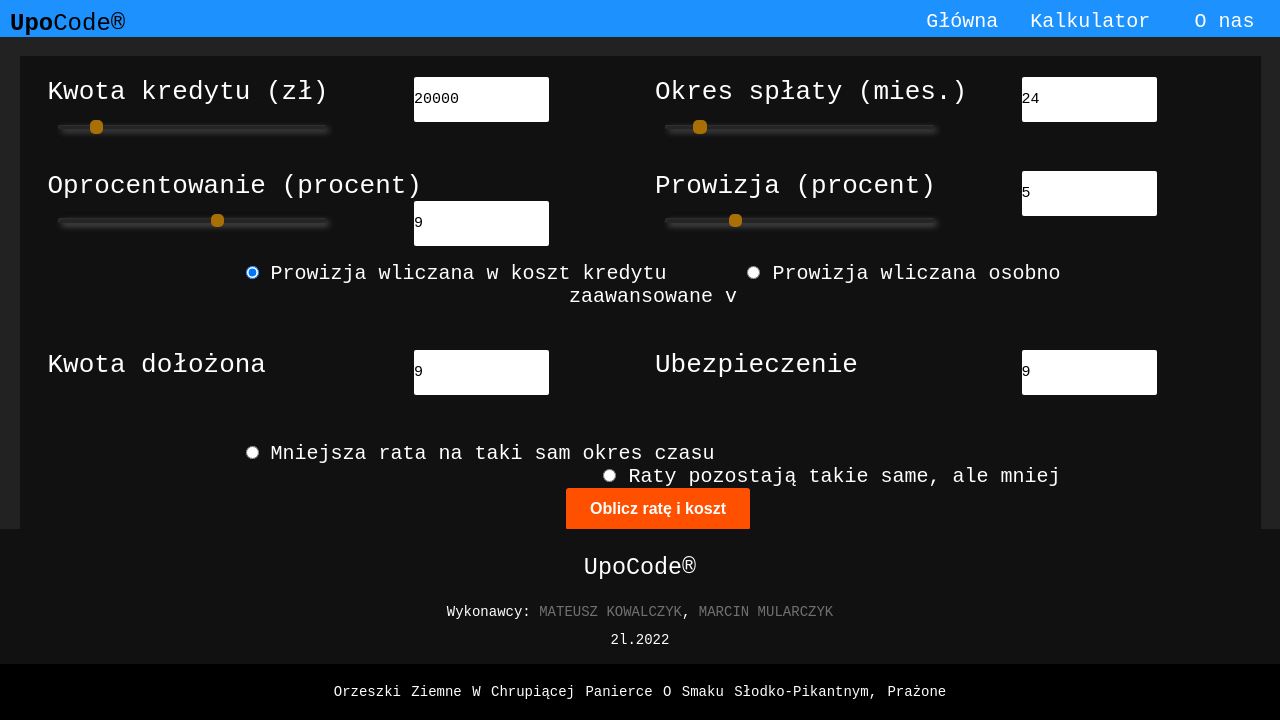
Repository: Klemingway/egzamin
Page: kalkulator.html
The author's editor kept a copy of each file at every save. The page is drawn from the files as they stood at one save, then again after the next save.
The browser window is 1280 px wide. The pictures show the whole page.

Above is the page before, as saved 2023-01-25 12:20:12.

### kalkulator.html
<!DOCTYPE html>
<html lang="pl">

<head>
    <meta charset="UTF-8">
    <meta http-equiv="X-UA-Compatible" content="IE=edge">
    <meta name="viewport" content="width=device-width, initial-scale=1.0">
    <link rel="stylesheet" href="style/styl.css">
    <link rel="shortcut icon" href="img/ikonna.png" type="image/x-icon">
    <script src="js/script.js"></script>
    <title>Bankowy</title>
</head>
<header>

    <div id="hod">
        <a style="text-decoration: none;color: white;" href="index.html">Główna</a>
        <a style="text-decoration: none;color: white;" href="kalkulator.html">Kalkulator</a> &puncsp;
        <div id="hod1"><a style="text-decoration: none; color: white;" href="bl.html">O nas</a></div>
    </div>
    <div id="hzd">
        <b>Upo</b>Code®
    </div>
</header>

<div id="gl">

    <div id="d1" class="d">
        Kwota kredytu (zł)
        <input type="text" name="kwota" pattern="[0-9]" id="kwota" class="wej" value="20000" onchange="document.getElementById('r1').value = this.value/1000"><br>
        <input type="range" min="1" max="150" value="20" id="r1" class="slider" oninput="document.getElementById('kwota').value = this.value*1000; ">
    </div>

    <div id="d2" class="d">
        Okres spłaty (mies.)
        <input type="text" name="splata" pattern="[0-9]" id="splata" class="wej" value="24" onchange="document.getElementById('r2').value = this.value"><br>
        <input type="range" min="12" max="120" value="24" id="r2" class="slider" oninput="document.getElementById('splata').value = this.value;">
    </div>


    <div id="d3" class="d">
        Oprocentowanie (procent)
        <input type="text" name="splata" pattern="[0-9]" id="oproc" class="wej" value="9" onchange="document.getElementById('r3').value = this.value*100"><br>
        <input type="range" min="1" max="1500" value="900" id="r3" class="slider" oninput="document.getElementById('oproc').value = this.value/100;">
    </div>

    <div id="d4" class="d">
        Prowizja (procent)
        <input type="text" name="prowiz" pattern="[0-9]" id="prowiz" class="wej" value="5" onchange="document.getElementById('r4').value = this.value"><br>
        <input type="range" min="0" max="20" value="5" id="r4" class="slider" oninput="document.getElementById('prowiz').value = this.value;">
    </div>

    <div id="d5" class="dradio">
        <label class="l1">
        <input type="radio" checked name="choice" value="wariant1" class="radio"> Prowizja wliczana w koszt kredytu
        </label>
        <label class="l2">
            <input type="radio" name="choice" value="wariant2" class="radio">
            Prowizja wliczana osobno
        </label>
    </div>
    <br>
    <div id="d6">
        <a onclick="zaawansowane()" style="margin-bottom: 100px;">zaawansowane v</a>
    </div>
    <div id="d8" class="d">
        Kwota dołożona
        <input type="text" name="kwotadodana" pattern="[0-9]" id="kwotadodana" class="wej" value="9">
    </div>
    <div id="d9" class="d">
        Ubezpieczenie
        <input type="text" name="ubezpieczenie" pattern="[0-9]" id="ubezpieczenie" class="wej" value="9">
    </div>
    <div id="d10" class="dradio">
        <label class="l1">
            <input type="radio" name="choice2" class="radio" value="rat_tyle_samo">
            Mniejsza rata na taki sam okres czasu
        </label>
        <label class="l2">
            <input type="radio" name="choice2" class="radio" value="rat_mniej">
            Raty pozostają takie same, ale mniej
        </label>
    </div>
    <div id="d7">
        <input type="button" id="guzik" value="Oblicz ratę i koszt" onclick="test()">
    </div>

</div>
<!-- <div id="wyniki">

</div> -->



<footer>
    <div id="zawfoot">
        <h3>UpoCode®</h3>
        <p>Wykonawcy: <span>Mateusz Kowalczyk</span>, <span>Marcin Mularczyk</span><br>2l.2022</p>

    </div>
    <div class="dol">
        <p>Orzeszki ziemne w chrupiącej panierce o smaku słodko-pikantnym, prażone

        </p>
    </div>
</footer>

</body>

</html>

### style/styl.css
html,
body {
    padding: 0;
    margin: 0;
    font-family: monospace;
    background-color: #222222;
    overflow-x: hidden;
    min-height: 100%;
}

body::-webkit-scrollbar {
    width: 0.6em;
}

body::-webkit-scrollbar-track {
    -webkit-box-shadow: inset 0 0 6px rgba(0, 0, 0, 0.3);
}

body::-webkit-scrollbar-thumb {
    background-color: rgb(255, 136, 0);
}

body::-webkit-scrollbar-thumb:hover {
    background: rgba(255, 136, 0, 0.582);
}


/* header */

header {
    z-index: 5;
    text-decoration: none;
    padding-top: 0.5em;
    position: sticky;
    top: 0;
    height: 5vh;
    background-color: #1d92ff;
    width: 100vw;
    font-size: 20px;
}

#hzd {
    font-size: 1.2em;
    padding-left: 10px;
    background-color: #1d92ff;
}

#hod {
    float: right;
    word-spacing: 20px;
    margin-right: 2vw;
}

#hod1 {
    float: right;
    word-spacing: 0px;
}

#fw {
    position: relative;
    margin-top: 20px;
}


/* koniec headera */

#gl {
    padding-top: 1.5em;
    padding-left: 2em;
    padding-bottom: 2em;
    justify-content: center;
    background-color: #111111;
    color: white;
    margin: 1.5em;
    min-height: 20vh;
}


/* #d1 {
    background-color: aqua;
}

#d2 {
    background-color: brown;
}

#d3 {
    background-color: olive;
}

#d4 {
    background-color: orangered;
} */

#gll {
    background-color: #ff5000;
    width: 100%;
    height: auto;
    border: #ff5000 1px solid;
}

.dradio {
    font-size: 20px;
    padding-top: 5px;
    padding-left: 10em;
    padding-right: 10em;
    width: 100%;
    margin-bottom: 1em;
    /* background-color: gold; */
}

.l1 {
    float: left;
}

.l2 {
    float: right;
}

#d6 {
    font-size: 20px;
    padding-top: 5px;
    width: 100%;
    text-align: center;
    margin-bottom: 2em;
    /* background-color: rgb(0, 255, 115); */
}

#d7 {
    margin: 5px;
    display: flex;
    width: 100%;
    justify-content: center;
}

.d {
    word-wrap: break-word;
    font-size: 2em;
    padding: 2px;
    width: 50%;
    float: left;
    min-height: 13vh;
    padding-right: 4em;
}

#wyniki {
    min-height: 25em;
    margin-bottom: 3em;
}


/* wejscia wyjscia */

.wej {
    float: right;
    border-radius: 2px;
    outline: none;
    border: none;
    font-family: monospace;
    height: 3em;
    width: 9em;
    font-size: 15px;
}

.slider {
    margin: 10px;
    -webkit-appearance: none;
    outline: none;
    border-radius: 3px;
    height: 0.6vh;
    width: 21vw;
    background-color: rgb(37, 37, 37);
    box-shadow: 3px 3px 6px rgb(89, 88, 92), inset 1px 1px 1px #313131;
}

.slider::-webkit-slider-thumb {
    -webkit-appearance: none;
    width: 1em;
    height: 1em;
    cursor: pointer;
    background-color: rgb(168, 111, 5);
    overflow: visible;
    border-radius: 5px;
}

#guzik {
    display: inline-block;
    outline: none;
    cursor: pointer;
    font-weight: 600;
    border-radius: 3px;
    padding: 12px 24px;
    border: 0;
    color: #fff;
    background: #ff5000;
    line-height: 1.15;
    font-size: 16px;
}

#guzik:hover {
    transition: all .1s ease;
    box-shadow: 0 0 0 0 #fff, 0 0 0 3px #1d92ff;
}


/* footer */

footer {
    position: absolute;
    bottom: 0;
    width: 100%;
    left: 0;
    right: 0;
    background: #111;
    height: auto;
    width: 100vW;
    font-family: monospace;
    padding-top: 20px;
    color: white;
}

#zawfoot {
    display: flex;
    align-items: center;
    justify-content: center;
    flex-direction: column;
    text-align: center;
}

#zawfoot h3 {
    font-size: 1.8rem;
    font-weight: 400;
    text-transform: capitalize;
    line-height: 3rem;
}

#zawfoot p {
    max-width: 500px;
    margin: 10px auto;
    line-height: 28px;
    font-size: 14px;
}

* {
    margin: 0;
    padding: 0;
    box-sizing: border-box;
}

.dol {
    background: #000;
    width: 100vw;
    padding: 20px 0;
    text-align: center;
}

.dol p {
    font-size: 14px;
    word-spacing: 2px;
    text-transform: capitalize;
}

#zawfoot span {
    text-transform: uppercase;
    opacity: .4;
    font-weight: 200;
}


/* koniec footera */

@media (max-width: 650px) {
    .d {
        padding-right: 1em;
        width: 100%;
        padding-bottom: 0;
        margin-bottom: 1.5em;
    }
    .slider {
        width: 100%;
    }
    .wej {
        width: 100%;
    }
    #gl {
        padding: 1em;
    }
    footer {
        position: relative;
    }
    #d5 {
        text-align: center;
    }
}

### js/script.js




function zaokrongl(variable) {
    return Math.round(variable * 100) / 100;
}
document.addEventListener('mouseup', function(e) {
    if(e.target.id == "dwd"){
        zamknij();
    }
    else if(e.target.id == "dwd2"){
        zamknij1();
    }
});
function tableCreate2(splata, k, oprocentowanie, kwota, rata, prowizja, kwota_dodana) {
    console.log("kwota: " + kwota);
    //tu sie dzieje magia sztańska i wgl ale no uwu
    var a = document.getElementById("wyniki2");
    // czyszczenie diva
    a.innerHTML = '';
    //ustawiamy sobie stałą
    const wyniki = document.a,
    // do tej stałej tworzymy element div
    div = document.createElement('div');
    // ustawiamy id diva jako tabela
    div.setAttribute("id", "tabela");
    //tworzymy tabele
    tbl = document.createElement('table');
    // dopisujemy tabele do diva
    div.appendChild(tbl);
    tbl.style.width = '110px';
    tbl.style.border = '1px solid black';

    var odsetki = 0,   suma_odsetek = 0,    suma = 0;
    var kapital = 0,   suma = 0,            kwota_kredytu=0;

    var element1 = document.getElementById('advanced2');
    var choice2 = document.getElementsByName('choice2');
    if(element1!==null && choice2[1].checked==true){
        kwota_kredytu= kwota - kwota_dodana;
        console.log("kwota+kredytu: " + kwota_kredytu)
    }
    else{
        kwota_kredytu = kwota;
        console.log("kwota+kredytu: " + kwota_kredytu)
    }
    // prosta pętla myśle że nic nie trzeba tłumaczyć
    loop1:
    for (let i = 0; i <= splata; i++) {
        const tr = tbl.insertRow();
        loop2:
        for (let j = 0; j < 4; j++) {
            odsetki = (oprocentowanie / k) * kwota_kredytu;


            kapital = rata - odsetki;
            const td = tr.insertCell();
            if (i == 0 && j == 0) {
                td.appendChild(document.createTextNode("L.p."));
                td.style.fontSize = '20px';
            } else if (i == 0 && j == 1) {
                td.appendChild(document.createTextNode("Odsetki"));
                td.style.fontSize = '20px';
            } else if (i == 0 && j == 2) {
                td.appendChild(document.createTextNode("Kapitał"));
                td.style.fontSize = '20px';
            } else if (i == 0 && j == 3) {
                td.appendChild(document.createTextNode("Wysokość raty"));
                td.style.fontSize = '20px';
            }
            if (j == 0 && i != 0) {
                if(kapital>=rata){
                    break loop1;
                }
                td.appendChild(document.createTextNode(i));
            } else if (j == 1 && i != 0) {
                suma_odsetek += odsetki;
                td.appendChild(document.createTextNode(zaokrongl(odsetki)));
            } else if (j == 2 && i != 0) {
                kwota_kredytu -= kapital;
                td.appendChild(document.createTextNode(zaokrongl(kapital)));
            } else if (j == 3 && i != 0) {
                suma += rata;
                td.appendChild(document.createTextNode(rata));
            }
            td.style.border = '1px solid black';

        }
    }
    console.log("Suma: "+suma)
    console.log("Suma odsetek: "+suma_odsetek)
    a.appendChild(div);
}
function obliczanie(I,N,oprocentowanie,choice,n,zaplata,prowizja,suma,k,kwota_dodana){
    var choice2 = document.getElementsByName('choice2');

        // jeżeli wybrane żeby Prowizja wliczana w koszt kredytu to wtedy to się liczy
        if (choice[0].checked == true) {
            prowizja = (document.getElementById("prowiz").value) / 100;

            prowizja = prowizja * N;
            // doliczamy prowizję do kwoty kredytu
            N = N * 1 + prowizja;

            // jeżeli okres spłaty wynosi mniej niż 12 miesięcy to analogicznie w roku
            // zapłacimy równowartość tego okresu bo w roku mamy max 12 rat
            k = 12;
            if (n < 12) {
                k = n;
            }
            for (var i = 1; i <= n; i++) {
                // no to tutaj przepisany wzór z matematycznego na kodowanie
                suma += Math.pow((1 + (oprocentowanie / k)), -i);
            }
            // tutaj jest licznik podzielony przez mianownik
            I = N / suma;
            // mnożymy naszą ratę razy ilość rat aby otrzymać ile będziemy musieli oddać bankowi
            zaplata = I * n;
            console.log("N: " + N)

            tableCreate2(n, k, oprocentowanie, N, zaokrongl(I), prowizja,kwota_dodana)
            document.getElementById("wyniki").innerHTML = "Wysokość raty: " + zaokrongl(I) + "<br>" +
                "Całkowita kwota do spłaty: " + zaokrongl(zaplata);

        // jeżeli wybrane żeby Prowizja wliczana osobno to wtedy to się liczy
        } else if (choice[1].checked == true) {
            prowizja = (document.getElementById("prowiz").value) / 100;
            prowizja = prowizja * N;
            // jeżeli okres spłaty wynosi mniej niż 12 miesięcy to analogicznie w roku zapłacimy równowartość tego okresu bo w roku mamy max 12 rat
            k = 12;
            if (n < 12) {
                k = n;
            }
            for (var i = 1; i <= n; i++) {
                // no to tutaj przepisany wzór z matematycznego na kodowanie
                suma += Math.pow((1 + (oprocentowanie / k)), -i);
            }
            // tutaj jest licznik podzielony przez mianownik
            I = N / suma;
            // mnożymy naszą ratę razy ilość rat aby otrzymać ile będziemy musieli oddać bankowi
            zaplata = I * n;
            // doliczamy prowizję po wszystkich obliczeniach
            zaplata = zaplata + prowizja;
            console.log("N: " + N)
            tableCreate2(n, k, oprocentowanie, N, zaokrongl(I), prowizja,kwota_dodana)
            document.getElementById("wyniki").innerHTML = "Wysokość raty: " + zaokrongl(I) + "<br>" +
                "Całkowita kwota do spłaty: " + zaokrongl(zaplata);
        }
        else{
            console.log("wda")
        }
        document.getElementById("dwd").style.backdropFilter = "blur(7px)";
        document.getElementById("wyniki").innerHTML += "<br><input type=\"button\" id='guzior1' onclick=\"pokaz()\" value=\"pokaż harmonogram rat\">";

}
function test() {
    document.getElementById("wyniki").style.visibility = "visible"; // a to to nwm pan mularczyk robił
    var I, N, oprocentowanie, k, n, suma = 0, zaplata, prowizja = 0;

    N = document.getElementById("kwota").value; // kwota kredytu
    oprocentowanie = document.getElementById("oproc").value/100; // oprocentowanie kredytu
    n = document.getElementById("splata").value; // okres splaty

    var choice = document.getElementsByName('choice');

    //////////////////////////////////////
    //                                  //
    // sprawdzenie czy jest rozwinięte  //
    //                                  //
    //////////////////////////////////////

    var element1 = document.getElementById('advanced2');
    var element2 = document.getElementById('advanced2');
    if(element1 !== null  && element2 !== null){
        var kwota_dodana = document.getElementById("kwotaDodana").value;
        var choice2 = document.getElementsByName('choice2'); // zaawansowane
        if(choice2[0].checked == true){
            console.log(kwota_dodana + "  " + "tyle samo rat ale mniejsza cena")
            //////////////////////////////////////////
            //                                      //
            //    tyle samo rat ale mniejsza cena   //
            //                                      //
            //////////////////////////////////////////
            N -= kwota_dodana;
            console.log("Nigger: " + N)
            obliczanie(I,N,oprocentowanie,choice,n,zaplata,prowizja,suma,k,kwota_dodana);

        }
        if(choice2[1].checked == true){
            console.log(kwota_dodana + "  " + "Mniej rat, po tej samej cenie raty")
            //////////////////////////////////////////
            //                                      //
            //  Mniej rat, po tej samej cenie raty  //
            //                                      //
            //////////////////////////////////////////


            obliczanie(I,N,oprocentowanie,choice,n,zaplata,prowizja,suma,k,kwota_dodana);
        }


    }
    else{
        obliczanie(I,N,oprocentowanie,choice,n,zaplata,prowizja,suma,k);
    }

}

function pokaz() {
    document.getElementById("dwd").style.visibility = "visible";
}

function zamknij() {
    document.getElementById("dwd").style.visibility = "hidden";
}
function pokaz1() {
    document.getElementById("dwd2").style.backdropFilter = "blur(7px)";
    document.getElementById("dwd2").style.visibility = "visible";
}

function zamknij1() {
    document.getElementById("dwd2").style.visibility = "hidden";
}

function zaawansowane(){
    var element = document.getElementById('advanced2');
    if(element === null){
        var a = document.getElementById("tabelka");
        const wyniki = document.a,
        /////////////////////////////////////////
        //                                     //
        //          input text kwata           //
        //                                     //
        /////////////////////////////////////////
        trA = document.createElement('tr');
        trA.setAttribute("id","advancedText");
        trA.setAttribute('style','position:relative; padding-top:200px; height:40px;')


        tdA = document.createElement('td');
        tdB = document.createElement('td');

        inputA = document.createElement('input');
        inputA.setAttribute('type','text');
        inputA.setAttribute('id','kwotaDodana');

        tdA.innerHTML += "Kwota dołożona";
        tdB.appendChild(inputA);
        trA.appendChild(tdA);
        trA.appendChild(tdB);
        a.appendChild(trA);

        tdA = document.createElement('td');
        tdB = document.createElement('td');

        inputA = document.createElement('input');
        inputA.setAttribute('type','text');
        inputA.setAttribute('id','ubezpieczenie');

        tdA.innerHTML += "Ubezpieczenie";
        tdB.appendChild(inputA);
        trA.appendChild(tdA);
        trA.appendChild(tdB);

        //a.appendChild(trB);
        a.appendChild(trA);

        /////////////////////////////////////////
        //                                     //
        //            inputy radio             //
        //                                     //
        /////////////////////////////////////////

        tr2 = document.createElement('tr');
        tr2.setAttribute("id", "advanced2");
        td1 = document.createElement('td');
        td1.setAttribute("colspan", "2");
        td1.setAttribute('style','text-align:center;');
        //style="text-align: center;"
        br = document.createElement('br');

        label1 = document.createElement('label');
        input1 = document.createElement('input');
        input1.setAttribute('type','radio');
        input1.setAttribute('name','choice2');
        input1.setAttribute('class','radio');
        input1.setAttribute('value','rat_mniej');

        label1.appendChild(input1);
        label1.innerHTML += ' Raty pozostają takie same, ale mniej';

        td2 = document.createElement('td');
        td2.setAttribute("colspan", "2");
        td2.setAttribute('style','text-align:center;');
        label2 = document.createElement('label');
        input2 = document.createElement('input');
        input2.setAttribute('type','radio');
        input2.setAttribute('name','choice2');
        input2.setAttribute('class','radio');
        input2.setAttribute('value','rat_tyle_samo');


        label2.appendChild(input2);
        label2.innerHTML += ' Mniejsza rata na taki sam okres czasu';


        td1.appendChild(br);
        td1.appendChild(label1);

        td2.appendChild(br);
        td2.appendChild(label2);

        tr2.appendChild(td2);
        tr2.appendChild(td1);

        a.appendChild(tr2);

        clicked = false;
    }
    else{
        var elem = document.getElementById("advanced2");
        elem.parentNode.removeChild(elem);
        elem = document.getElementById("advancedText");
        elem.parentNode.removeChild(elem);
    }
}

After the next save:
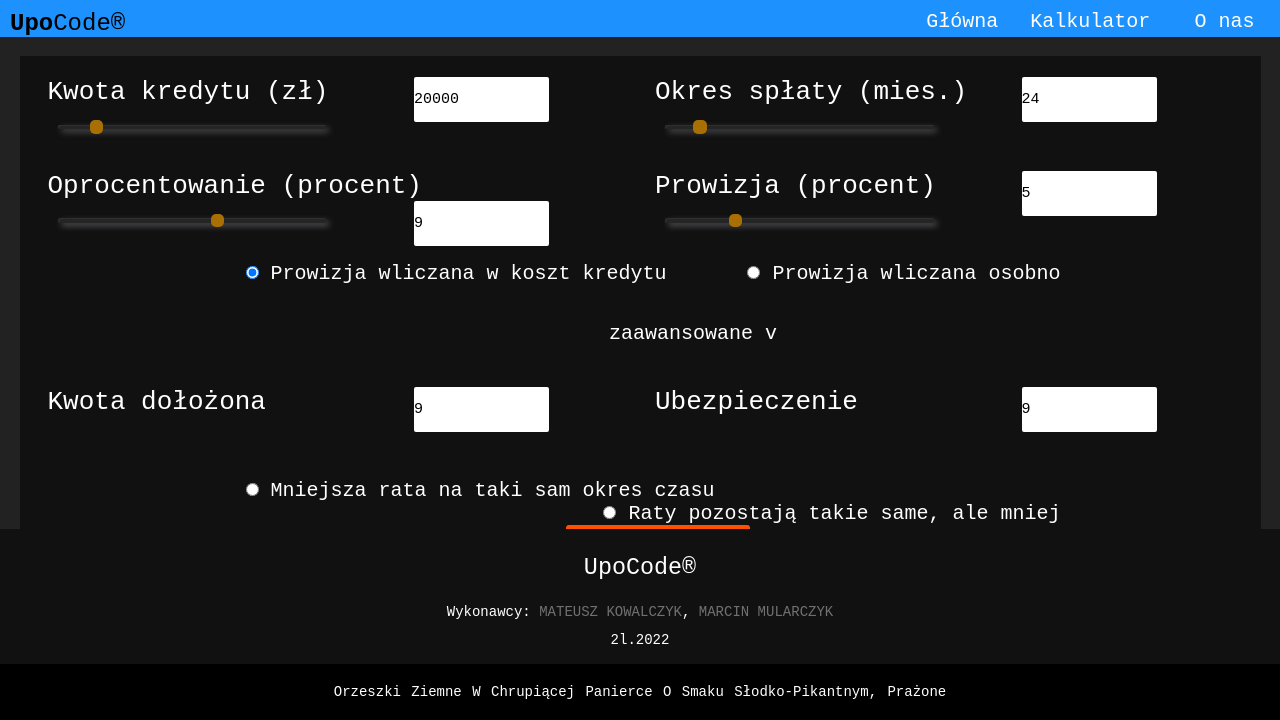
Saved 41 s later.
--- a/style/styl.css
+++ b/style/styl.css
@@ -118,6 +118,7 @@ header {
 }
 
 #d6 {
+    margin: 2em;
     font-size: 20px;
     padding-top: 5px;
     width: 100%;
